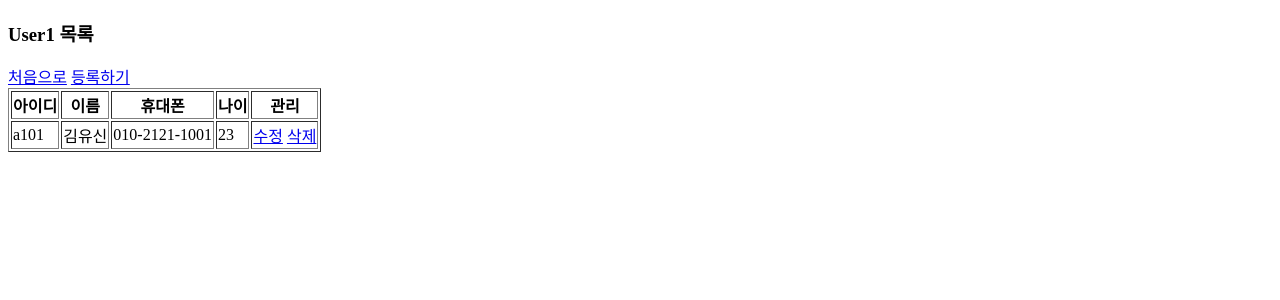
Repository: SubinCheon-95/Jsp
Page: http://localhost/ch05/user1/modify.jsp
The author's editor kept a copy of each file at every save. The page is drawn from the files as they stood at one save, then again after the next save.
The browser window is 1280 px wide. The pictures show the whole page.
The page is served by Tomcat 9. Other server files are loaded and not shown.

Above is the page before, as saved 2025-07-29 05:16:53.

### ch05/src/main/webapp/user1/modify.jsp
<%@ page contentType="text/html; charset=UTF-8" pageEncoding="UTF-8"%>
<!DOCTYPE html>
<html>
<head>
<meta charset="UTF-8">
<title>user1::list</title>
</head>
<body>
<h3>User1 목록</h3>
	<a href="../jdbc.jsp">처음으로</a>
	<a href="./list.jsp">등록하기</a>

	<table border="1">
	<tr>
		<th>아이디</th>
		<th>이름</th>
		<th>휴대폰</th>
		<th>나이</th>
		<th>관리</th>
	</tr>
	<tr>
		<td>a101</td>
		<td>김유신</td>
		<td>010-2121-1001</td>
		<td>23</td>
		<td>
			<a href="#">수정</a>
			<a href="#">삭제</a>
		</td>
	</tr>
	</table>
</body>
</html>

After the next save:
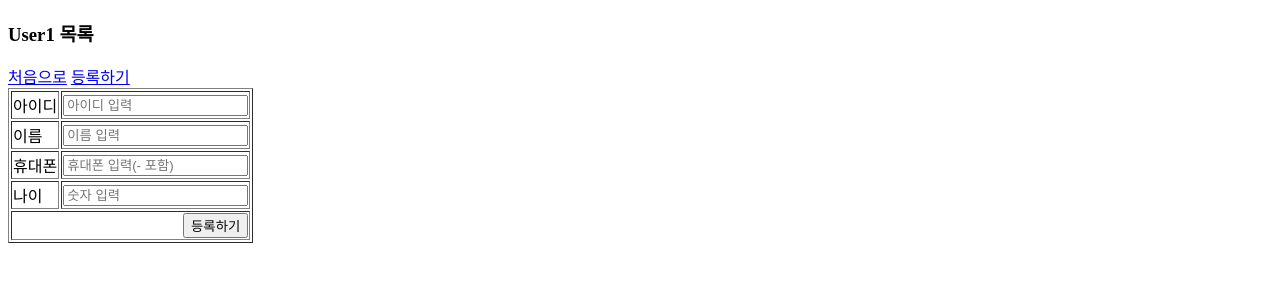
Saved 4 min 33 s later.
--- a/ch05/src/main/webapp/user1/modify.jsp
+++ b/ch05/src/main/webapp/user1/modify.jsp
@@ -3,31 +3,39 @@
 <html>
 <head>
 <meta charset="UTF-8">
-<title>user1::list</title>
+<title>user1::register</title>
 </head>
 <body>
 <h3>User1 목록</h3>
 	<a href="../jdbc.jsp">처음으로</a>
 	<a href="./list.jsp">등록하기</a>
 
-	<table border="1">
-	<tr>
-		<th>아이디</th>
-		<th>이름</th>
-		<th>휴대폰</th>
-		<th>나이</th>
-		<th>관리</th>
-	</tr>
-	<tr>
-		<td>a101</td>
-		<td>김유신</td>
-		<td>010-2121-1001</td>
-		<td>23</td>
-		<td>
-			<a href="#">수정</a>
-			<a href="#">삭제</a>
-		</td>
-	</tr>
-	</table>
-</body>
+		<form action="#" method="post">
+			<table border="1">
+				<tr>
+					<td>아이디</td>
+					<td><input type="text" name="user_id" placeholder="아이디 입력"/></td>
+				</tr>
+				<tr>
+					<td>이름</td>
+					<td><input type="text" name="name" placeholder="이름 입력"/></td>
+				</tr>
+				<tr>
+					<td>휴대폰</td>
+					<td><input type="text" name="hp" placeholder="휴대폰 입력(- 포함)"/></td>
+				</tr>
+				<tr>
+					<td>나이</td>
+					<td><input type="number" name="age" placeholder="숫자 입력"/></td>
+				</tr>
+				<tr>
+					<td colspan="2" align="right">
+						<input type="submit" value="등록하기"/>
+					</td>
+				</tr>
+			</table>
+
+		</form>
+
+	</body>
 </html>
